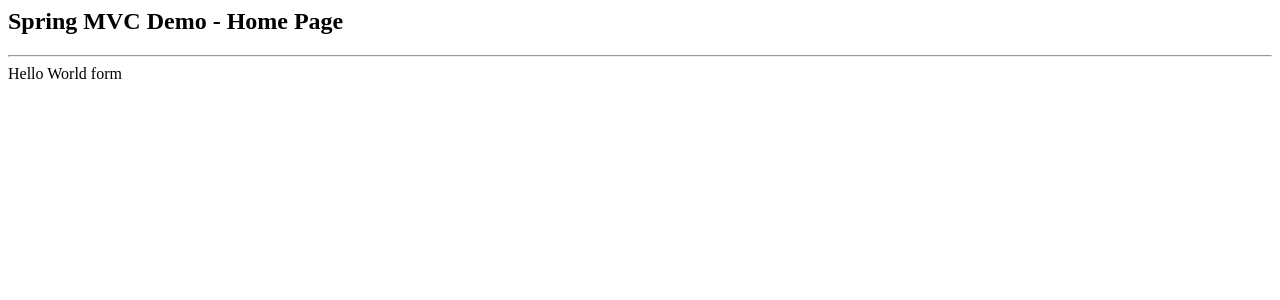
Repository: varunbajpai/JavaLearning
Page: http://localhost/LearnMVC2/showForm
The author's editor kept a copy of each file at every save. The page is drawn from the files as they stood at one save, then again after the next save.
The browser window is 1280 px wide. The pictures show the whole page.
The page is served by Tomcat 9. Other server files are loaded and not shown.

Above is the page before, as saved 2019-05-12 07:21:12.

### LearnMVC2/WebContent/WEB-INF/view/hello-world-form.jsp
<!DOCTYPE>
<html><body>
<h2>Spring MVC Demo - Home Page</h2>
<hr><a>Hello World form</a>
</body></html>

After the next save:
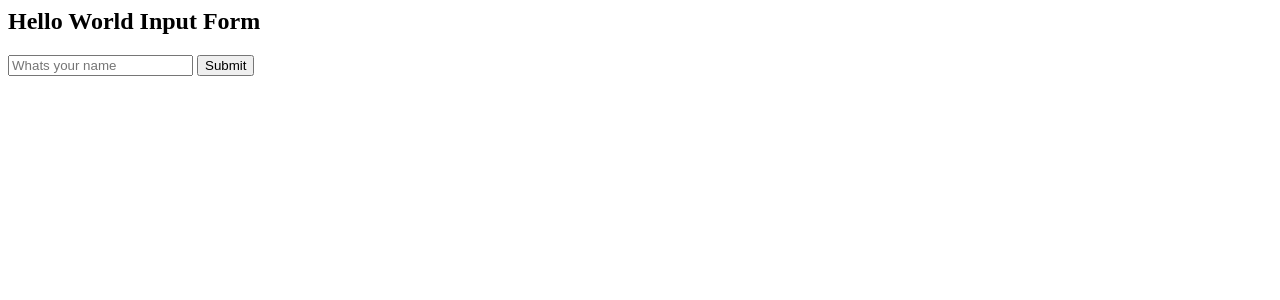
Saved 5 min 14 s later.
--- a/LearnMVC2/WebContent/WEB-INF/view/hello-world-form.jsp
+++ b/LearnMVC2/WebContent/WEB-INF/view/hello-world-form.jsp
@@ -1,5 +1,11 @@
 <!DOCTYPE>
 <html><body>
-<h2>Spring MVC Demo - Home Page</h2>
-<hr><a>Hello World form</a>
+<h2>Hello World Input Form</h2>
+
+<form action="processForm">
+
+	<input type = "text" name = "studentName" placeholder = "Whats your name"/>
+	<input type = "submit"/>
+
+</form>
 </body></html>
